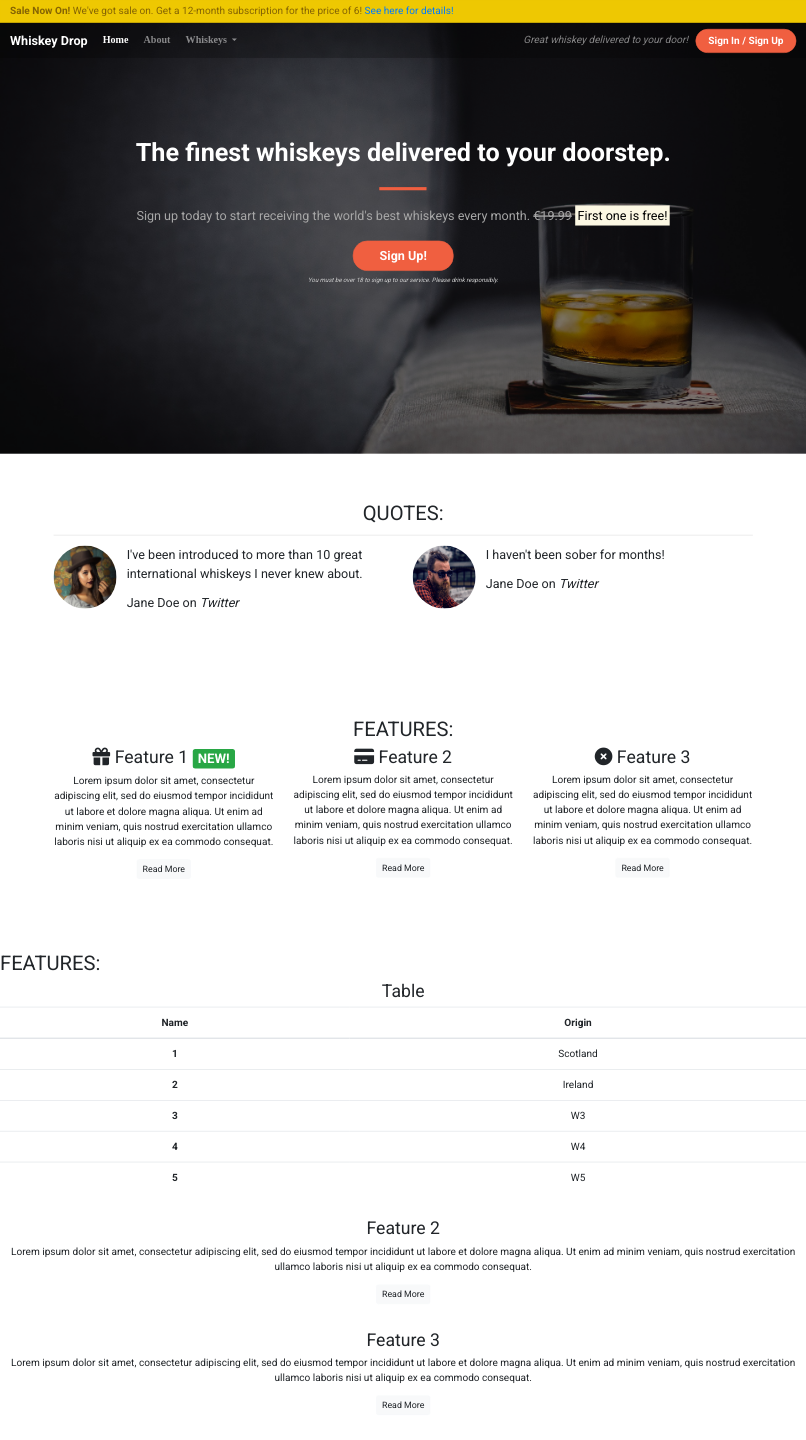
Repository: Coder731/blank_for_aws
Page: index2.html
The author's editor kept a record of every edit. The page is drawn from the files as they stood at one moment, then again after the next edit.
The browser window is 1280 px wide. The pictures show the whole page, at 63% of full size.
Backgrounds fixed to the window are drawn as part of the page. Some web libraries are served in a nearby version.

Above is the page before.

After the next edit:
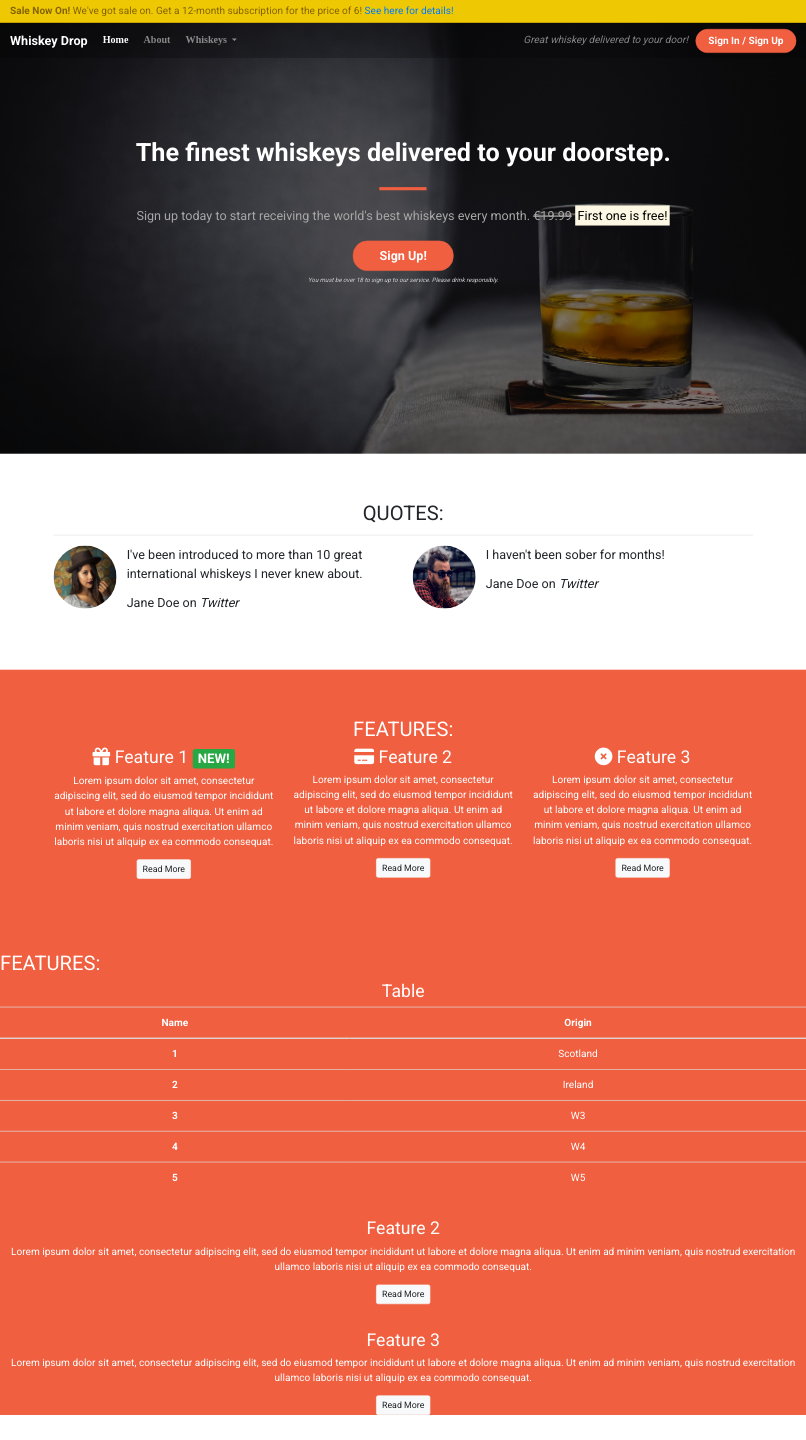
The edit:
--- a/index2.html
+++ b/index2.html
@@ -121,6 +121,7 @@
         </div>
 
         <!-- Features -->
+        <div class="container-wrapper container-wrapper--red">
         <div class="container features-container content-container">
             <section class="features">
                 <div class="row">
